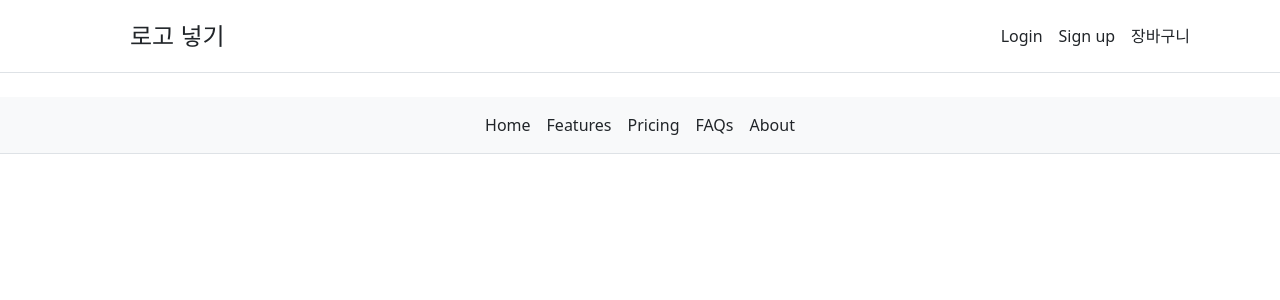
Repository: raoniee/Elice-House-Project
Page: FE/src/components/header/header.html
The author's editor kept a copy of each file at every save. The page is drawn from the files as they stood at one save, then again after the next save.
The browser window is 1280 px wide. The pictures show the whole page.

Above is the page before, as saved 2023-07-04 16:11:58.

### FE/src/components/header/header.html
<!DOCTYPE html>
<html lang="ko">
  <head>
    <meta charset="UTF-8" />
    <meta http-equiv="X-UA-Compatible" content="IE=edge" />
    <meta name="viewport" content="width=device-width, initial-scale=1.0" />
    <title>Elice-House</title>
    <link
      href="https://cdn.jsdelivr.net/npm/bootstrap@5.2.3/dist/css/bootstrap.min.css"
      rel="stylesheet"
      integrity="sha384-rbsA2VBKQhggwzxH7pPCaAqO46MgnOM80zW1RWuH61DGLwZJEdK2Kadq2F9CUG65"
      crossorigin="anonymous"
    />
  </head>

  <body>
    <header class="py-3 mb-4 border-bottom">
      <div class="container d-flex flex-wrap justify-content-center">
        <a
          href="/"
          class="d-flex align-items-center mb-3 mb-lg-0 me-lg-auto text-dark text-decoration-none"
        >
          <svg class="bi me-2" width="40" height="32">
            <use xlink:href="#bootstrap" />
          </svg>
          <span class="fs-4">로고 넣기</span>
        </a>
        <ul class="nav">
          <li class="nav-item">
            <a href="#" class="nav-link link-dark px-2">Login</a>
          </li>
          <li class="nav-item">
            <a href="#" class="nav-link link-dark px-2">Sign up</a>
          </li>
          <li class="nav-item">
            <a href="#" class="nav-link link-dark px-2">장바구니</a>
          </li>
        </ul>
      </div>
    </header>
    <nav class="py-2 bg-light border-bottom">
      <div class="container">
        <ul class="nav me-auto d-flex flex-wrap justify-content-center">
          <li class="nav-item">
            <a
              href="#"
              class="nav-link link-dark px-2 active"
              aria-current="page"
              >Home</a
            >
          </li>
          <li class="nav-item">
            <a href="#" class="nav-link link-dark px-2">Features</a>
          </li>
          <li class="nav-item">
            <a href="#" class="nav-link link-dark px-2">Pricing</a>
          </li>
          <li class="nav-item">
            <a href="#" class="nav-link link-dark px-2">FAQs</a>
          </li>
          <li class="nav-item">
            <a href="#" class="nav-link link-dark px-2">About</a>
          </li>
        </ul>
      </div>
    </nav>
    <script
      src="https://cdn.jsdelivr.net/npm/bootstrap@5.2.3/dist/js/bootstrap.bundle.min.js"
      integrity="sha384-kenU1KFdBIe4zVF0s0G1M5b4hcpxyD9F7jL+jjXkk+Q2h455rYXK/7HAuoJl+0I4"
      crossorigin="anonymous"
    ></script>
  </body>
</html>

After the next save:
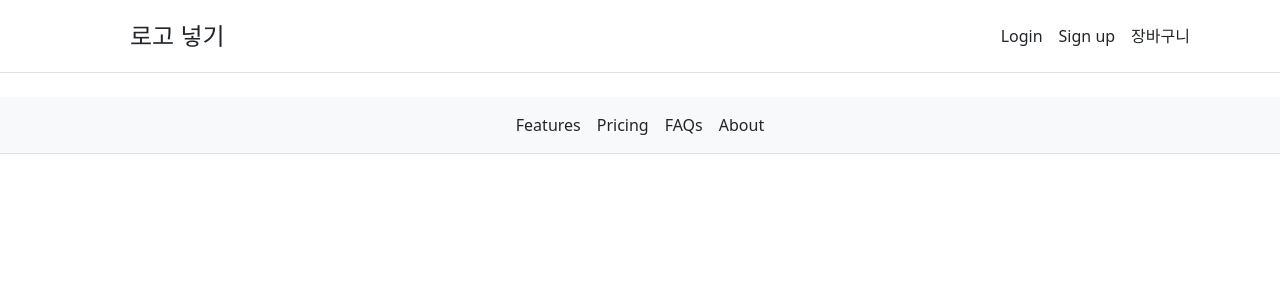
Saved 19 s later.
--- a/FE/src/components/header/header.html
+++ b/FE/src/components/header/header.html
@@ -42,14 +42,6 @@
       <div class="container">
         <ul class="nav me-auto d-flex flex-wrap justify-content-center">
           <li class="nav-item">
-            <a
-              href="#"
-              class="nav-link link-dark px-2 active"
-              aria-current="page"
-              >Home</a
-            >
-          </li>
-          <li class="nav-item">
             <a href="#" class="nav-link link-dark px-2">Features</a>
           </li>
           <li class="nav-item">
